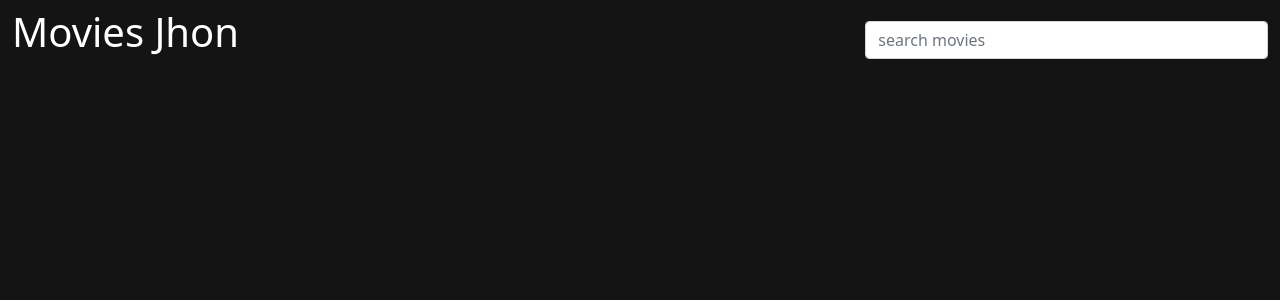
Repository: jhonenmanuel1/movies-get-info-fetch
Page: /
These files come from the project's save history. The page is drawn as it stood at one moment and after the next save; the edit follows.
The browser window is 1280 px wide. The pictures show the whole page.
The page's requests for data from a server got no answer. The project was rebuilt for these pictures with package versions that can differ from the ones it lists, and the page was loaded fresh each time. No one was signed in, and anything a server would have sent is missing. Also part of the build but not shown: src/components/AddFavorites.js.

Above is the page before, as saved 2022-06-20 16:26:20.

### src/App.js
import React, { useCallback, useEffect, useState } from "react";
import "bootstrap/dist/css/bootstrap.min.css";
import'./App.css';
import MovieList from "./components/MoviesList";
import MovieListHeading from "./components/MovieListHeading";
import SearchBox from "./components/SearchBox";
import AddFavourite from "./components/AddFavorites";

const App = () => {
  const [movies, setMovies] = useState([]);
  const [search, setSearch] = useState('');
  const [favourites, setFavourites]= useState([])

  const getMovies = async (search) => {
    const url = `http://www.omdbapi.com/?s=${search}&apikey=263d22d8`;
    const response = await  fetch(url);
    const responseJson = await response.json();
    console.log(responseJson);

if(responseJson.Search){
    setMovies(responseJson.Search);

}


  }
 useEffect(()=>{
    getMovies(search);
 }, [search]);

 const addFavouriteMovie=(movie)=>{

  const newFavouriteList =[...favourites, movie];
  setFavourites(newFavouriteList);


 }

  return (
    <>

      <div className="container-fluid movie-app">
      <div className="row d-flex align-items-center mt-2 mb-4" >
        <MovieListHeading heading="Movies Jhon"/>
        <SearchBox searchValue={search} setSearchValue={setSearch}/>
      <div>

      </div>

      </div>
        <div className="list ">
        <MovieList movies={movies} handlesFavouriteClick={addFavouriteMovie} favouriteComponent={AddFavourite}/>

        </div>

      </div>
    </>
  );
};

export default App;

### src/App.css
body {
    background:#141414 ;
    color:#ffff
}
.movie-app{

}

.movie-app > .list {
    display: flex;
    overflow-x:  scroll;
    flex-wrap: nowrap;


}
.image-container{
    position: relative;
    transition: transform 0.2s;

}
.image-container:hover{
    cursor: pointer;
    transform: scale(1.1);
}
.image-container:hover .overlay{
    opacity: 1;

}
.overlay{
    position: absolute;
    background: rgba(0,0,0,0);
    width: 100%;
    transition: 0.5s ease;
    opacity: 0;
    bottom: 0;
    font-size: 20px;
    text-align: center;
}

### src/components/MoviesList.js
import React from "react";

export default function MovieList(props) {
    const FavouriteComponent = props.favouriteComponent
  return (
    <>
      {props.movies.map((movie, index) => (
        <div className="image-container d-flec justify-content-start m-3">
          <img key={index} src={movie?.Poster} alt="See Movies Poster"></img>
          <div onClick={()=>props.handlesFavouriteClick(movie)} className="overlay d-flex align-items-center justify-content-center align-items-center"></div>
            <FavouriteComponent/>
        </div>
      ))}
    </>
  );
}

### src/components/MovieListHeading.js
import React from "react";

export default function MovieListHeading(props) {
  return (
    <>
      <div className="col">
        <h1>{props.heading}</h1>

      </div>
    </>
  );
}

### src/components/searchbox.js
import React from "react";

export default function SearchBox(props) {
  return (
    <div className="col col-sm-4 mt-2">
      <input
        className="form-control"
        placeholder="search movies"
        value={props.value}
        onChange={(event)=>{
            props.setSearchValue(event.target.value)
        }}
      ></input>
    </div>
  );
}

Loaded but not shown: public/index.html (common file); src/index.js (common file)

After the next save:
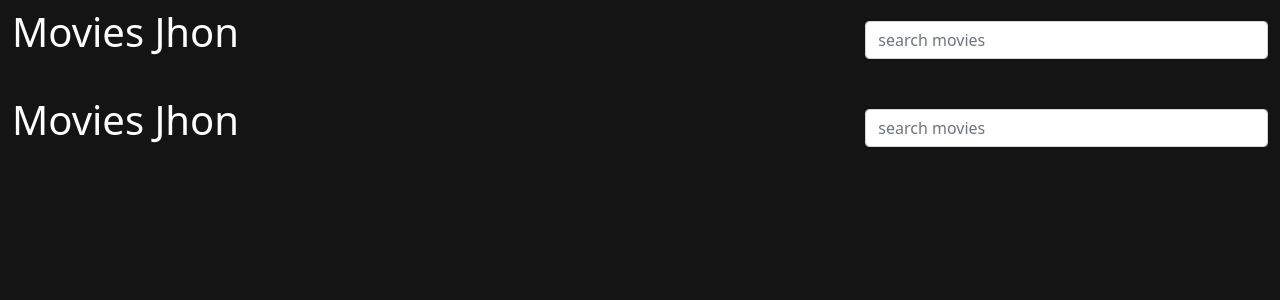
Saved 4 min 50 s later.
--- a/src/App.js
+++ b/src/App.js
@@ -1,6 +1,6 @@
 import React, { useCallback, useEffect, useState } from "react";
 import "bootstrap/dist/css/bootstrap.min.css";
-import'./App.css';
+import "./App.css";
 import MovieList from "./components/MoviesList";
 import MovieListHeading from "./components/MovieListHeading";
 import SearchBox from "./components/SearchBox";
@@ -8,51 +8,48 @@ import AddFavourite from "./components/AddFavorites";
 
 const App = () => {
   const [movies, setMovies] = useState([]);
-  const [search, setSearch] = useState('');
-  const [favourites, setFavourites]= useState([])
+  const [search, setSearch] = useState("");
+  const [favourites, setFavourites] = useState([]);
 
   const getMovies = async (search) => {
     const url = `http://www.omdbapi.com/?s=${search}&apikey=263d22d8`;
-    const response = await  fetch(url);
+    const response = await fetch(url);
     const responseJson = await response.json();
     console.log(responseJson);
 
-if(responseJson.Search){
-    setMovies(responseJson.Search);
+    if (responseJson.Search) {
+      setMovies(responseJson.Search);
+    }
+  };
+  useEffect(() => {
+    getMovies(search);
+  }, [search]);
 
-}
-
-
-  }
- useEffect(()=>{
-    getMovies(search);
- }, [search]);
-
- const addFavouriteMovie=(movie)=>{
-
-  const newFavouriteList =[...favourites, movie];
-  setFavourites(newFavouriteList);
-
-
- }
+  const addFavouriteMovie = (movie) => {
+    const newFavouriteList = [...favourites, movie];
+    setFavourites(newFavouriteList);
+  };
 
   return (
     <>
-
       <div className="container-fluid movie-app">
-      <div className="row d-flex align-items-center mt-2 mb-4" >
-        <MovieListHeading heading="Movies Jhon"/>
-        <SearchBox searchValue={search} setSearchValue={setSearch}/>
-      <div>
-
-      </div>
-
-      </div>
+        <div className="row d-flex align-items-center mt-2 mb-4">
+          <MovieListHeading heading="Movies Jhon" />
+          <SearchBox searchValue={search} setSearchValue={setSearch} />
+          <div></div>
+        </div>
         <div className="list ">
-        <MovieList movies={movies} handlesFavouriteClick={addFavouriteMovie} favouriteComponent={AddFavourite}/>
-
+          <MovieList
+            movies={movies}
+            handlesFavouriteClick={addFavouriteMovie}
+            favouriteComponent={AddFavourite}
+          />
         </div>
-
+        <div className="row d-flex align-items-center mt-2 mb-4">
+          <MovieListHeading heading="Movies Jhon" />
+          <SearchBox searchValue={search} setSearchValue={setSearch} />
+          <div></div>
+        </div>
       </div>
     </>
   );
